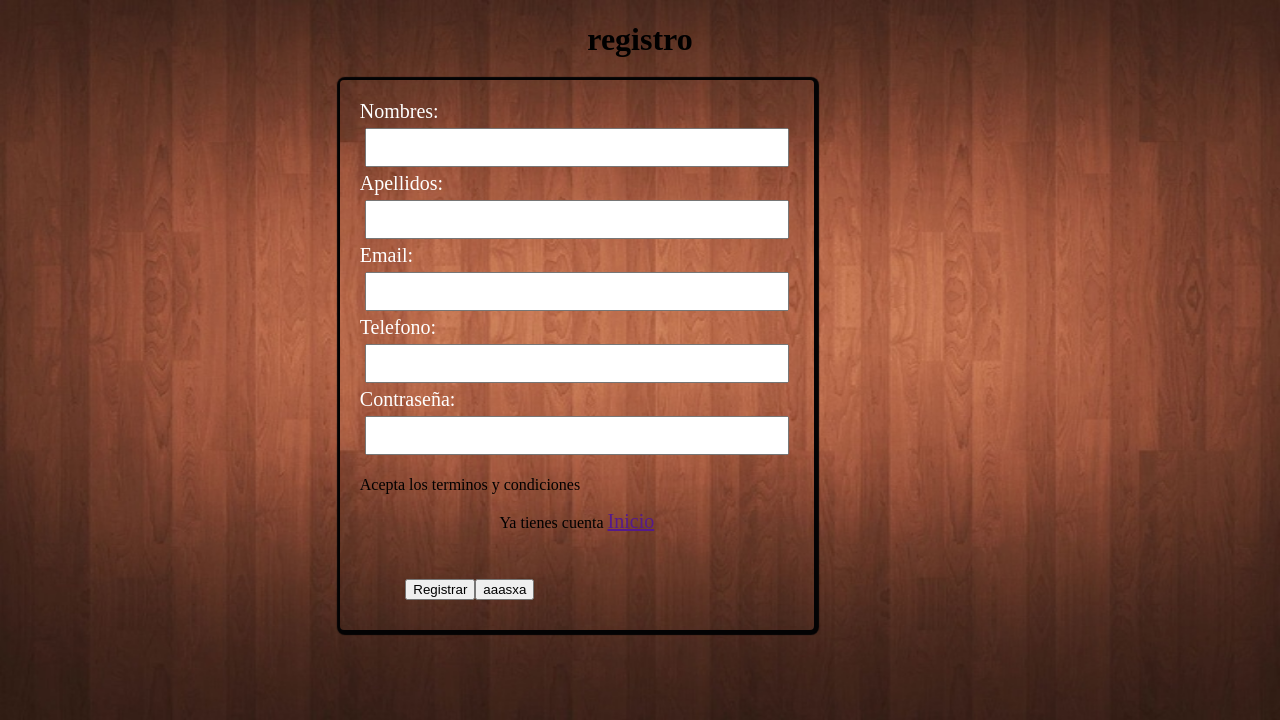
Repository: ye909/aplicacion_restaurante
Page: public/templeis/registro.html
These files come from the project's save history. The page is drawn as it stood at one moment and after the next save; the edit follows.
The browser window is 1280 px wide. The pictures show the whole page.

Above is the page before, as saved 2024-11-12 21:53:54.

After the next save:
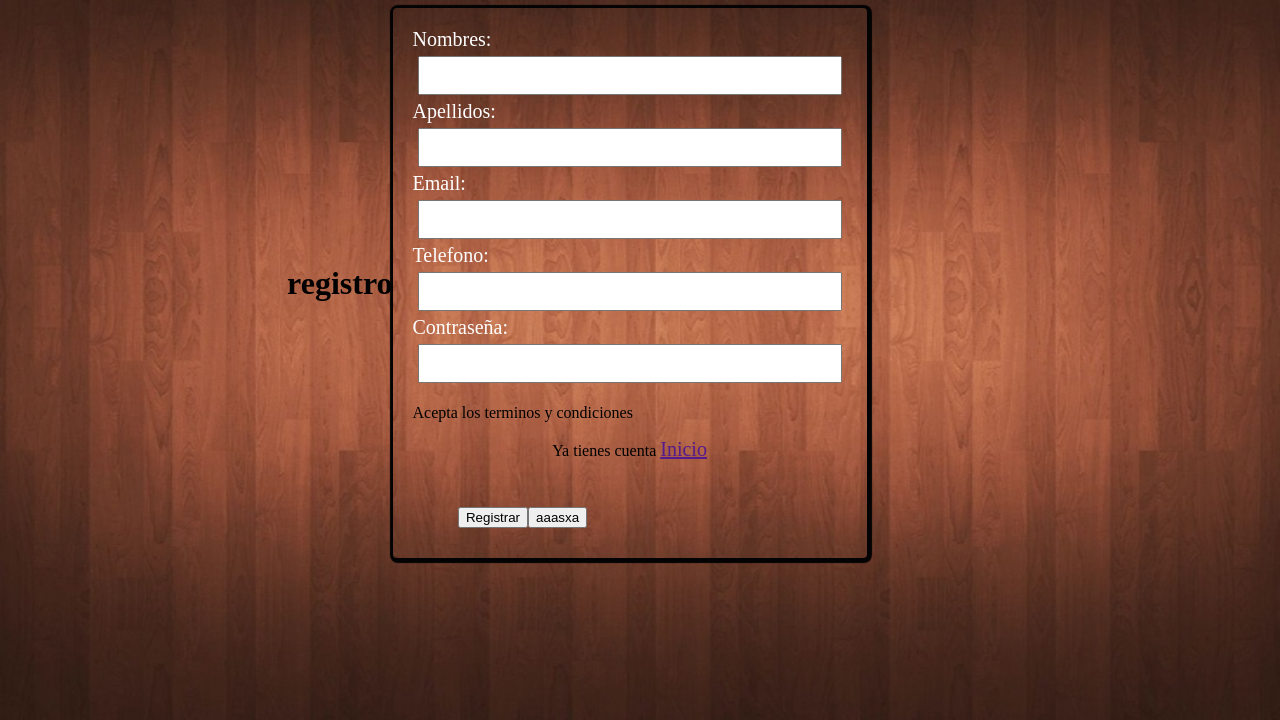
Saved 36 s later.
--- a/public/templeis/registro.html
+++ b/public/templeis/registro.html
@@ -7,8 +7,9 @@
     <title>Document</title>
 </head>
 <body>
-    <h1>registro</h1>
+
     <div class="container_registro">
+        <h1>registro</h1>
         <form action="" method="post">
             <label for="nombres">Nombres:</label><br>
             <input type="text" id="nombres" name="nombres" required>
